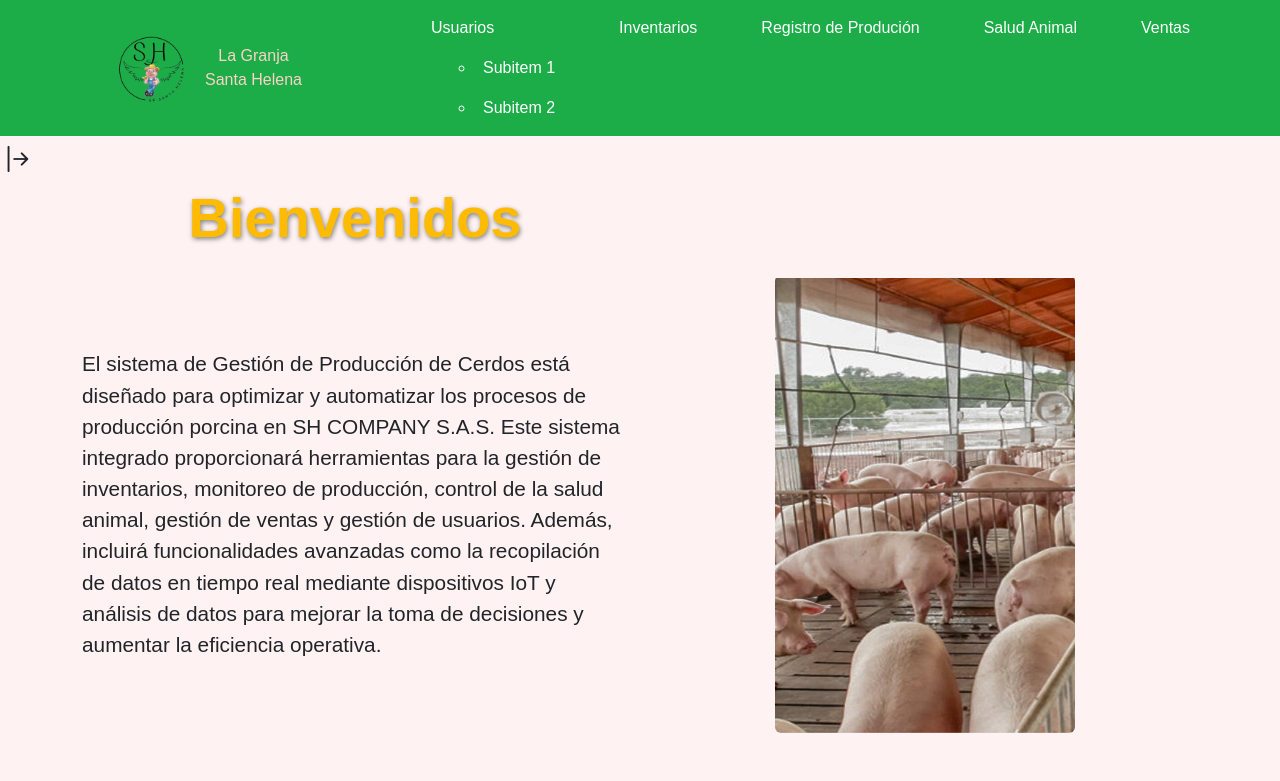
Repository: Mateojimenezz/Granja-Santa-Helena
Page: paginaDeInicio.html
These files come from the project's save history. The page is drawn as it stood at one moment and after a run of saves; the edit follows.
The browser window is 1280 px wide. The pictures show the whole page.
Some web fonts or font styles are not loaded; a fallback is used.

Above is the page before, as saved 2025-03-31 16:23:34.

After the next 2 saves:
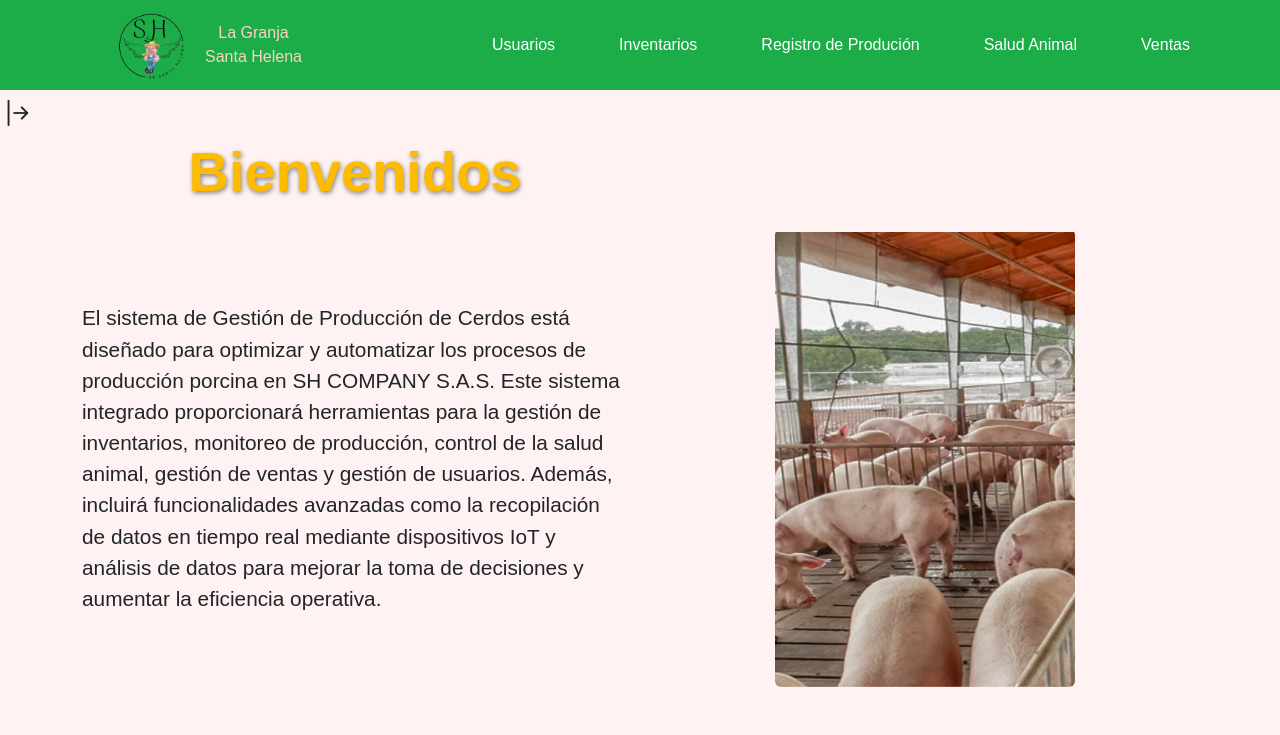
The 2 saves are shown as one change because they came seconds apart.
The last was saved 5 min 37 s later.
--- a/assets/js/submenu.js
+++ b/assets/js/submenu.js
@@ -1,39 +1,53 @@
 document.addEventListener("DOMContentLoaded", function () {
-  const menuItems = document.querySelectorAll(".nav-item"); // Ítems principales del menú
+    const menuItems = document.querySelectorAll(".nav-item"); // Ítems principales del menú superior
+    const sidebarMenu = document.getElementById("sisidebarMenu"); // Contenedor del menú lateral
 
-  function isLargeScreen() {
-    return window.innerWidth >= 768; // Pantallas grandes
-  }
+    function isLargeScreen() {
+      return window.innerWidth >= 768; // Define pantallas grandes
+    }
 
-  // Funcionalidad para mostrar los submenús según la pantalla
-  menuItems.forEach(item => {
-    const submenu = item.querySelector(".submenu");
+    // Función para mover submenús al menú lateral
+    function moveSubmenusToSidebar() {
+      sidebarMenu.innerHTML = ""; // Limpia el contenido actual del menú lateral
 
-    if (submenu) {
-      if (isLargeScreen()) {
-        // Mostrar automáticamente los submenús en pantallas grandes
-        submenu.style.display = "block"; // Submenús visibles en el lateral
-      } else {
-        // Pantallas pequeñas: Mostrar submenús al hacer clic
-        item.addEventListener("click", () => {
-          item.classList.toggle("active"); // Alternar clase activa
-          submenu.style.display = submenu.style.display === "block" ? "none" : "block";
-        });
-      }
+      menuItems.forEach(item => {
+        const submenu = item.querySelector(".submenu");
+        const link = item.querySelector(".nav-link");
+
+        if (submenu) {
+          if (isLargeScreen()) {
+            // Crear un ítem nuevo para el menú lateral con el submenú
+            const sidebarItem = document.createElement("li");
+            sidebarItem.classList.add("nav-item");
+
+            // Clonar el enlace principal
+            const clonedLink = link.cloneNode(true);
+            sidebarItem.appendChild(clonedLink);
+
+            // Clonar el submenú y añadirlo al ítem del menú lateral
+            const clonedSubmenu = submenu.cloneNode(true);
+            sidebarItem.appendChild(clonedSubmenu);
+
+            // Añadir el ítem con el submenú al menú lateral
+            sidebarMenu.appendChild(sidebarItem);
+
+            // Ocultar el submenú en el menú superior
+            submenu.style.display = "none";
+          } else {
+            // Restaurar el submenú al menú superior para pantallas pequeñas
+            submenu.style.display = "none"; // Ocultar inicialmente
+            item.addEventListener("click", () => {
+              item.classList.toggle("active");
+              submenu.style.display = submenu.style.display === "block" ? "none" : "block";
+            });
+          }
+        }
+      });
     }
+
+    // Ejecutar la lógica inicial
+    moveSubmenusToSidebar();
+
+    // Ajustar dinámicamente al cambiar el tamaño de la pantalla
+    window.addEventListener("resize", moveSubmenusToSidebar);
   });
-
-  // Redimensionar: Ajustar los estilos al cambiar el tamaño de la ventana
-  window.addEventListener("resize", function () {
-    menuItems.forEach(item => {
-      const submenu = item.querySelector(".submenu");
-      if (submenu) {
-        if (isLargeScreen()) {
-          submenu.style.display = "block"; // Pantalla grande: Siempre visible
-        } else {
-          submenu.style.display = "none"; // Pantalla pequeña: Ocultar por defecto
-        }
-      }
-    });
-  });
-});

After the 5 saves that followed:
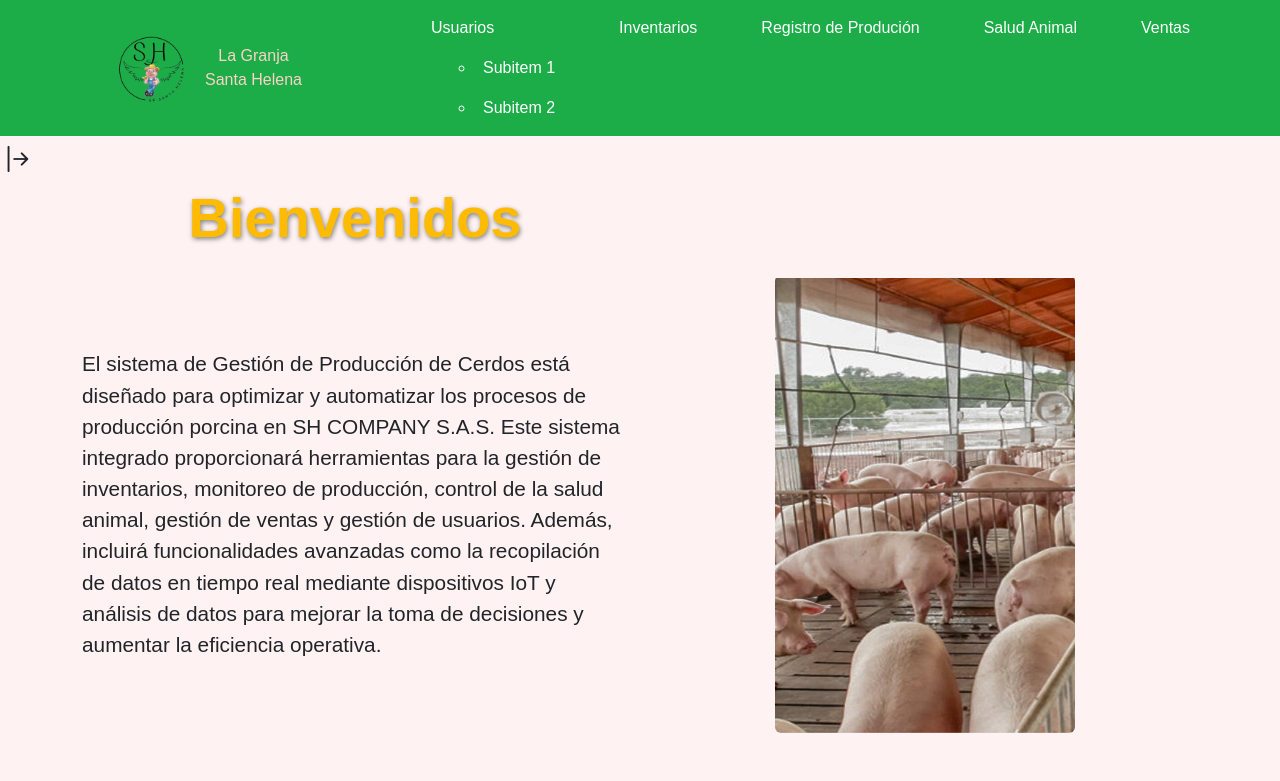
The 5 saves are shown as one change because 1 left the picture as it was and some came seconds apart.
The last was saved 109 s later.
--- a/assets/css/paginaDeInicio.css
+++ b/assets/css/paginaDeInicio.css
@@ -35,10 +35,30 @@
   font-size: 1.3em;
   font-family: Arial;
 }
-/* Ocultar los submenús inicialmente */
-.submenu {
+/* Submenú dentro del menú lateral */
+#sisidebarMenu .submenu {
+  margin-left: 20px; /* Ajustar margen */
+  list-style: none; /* Eliminar viñetas */
+}
+
+/* Ocultar los submenús en el encabezado */
+.nav-item .submenu {
   display: none;
 }
+
+.nav-item.active .submenu {
+  display: block; /* Mostrar submenús al hacer clic en pantallas pequeñas */
+}
+
+/* Animación para mostrar el menú lateral */
+#sidebar {
+  transition: all 0.3s ease;
+}
+
+#sidebar.open {
+  display: block;
+}
+
 
 @media (max-width: 991px) { /* Para pantallas menores a md */
   #sidebar {
--- a/assets/js/submenu.js
+++ b/assets/js/submenu.js
@@ -1,53 +1,39 @@
 document.addEventListener("DOMContentLoaded", function () {
-    const menuItems = document.querySelectorAll(".nav-item"); // Ítems principales del menú superior
-    const sidebarMenu = document.getElementById("sisidebarMenu"); // Contenedor del menú lateral
+  const menuItems = document.querySelectorAll(".nav-item"); // Ítems principales del menú
 
-    function isLargeScreen() {
-      return window.innerWidth >= 768; // Define pantallas grandes
+  function isLargeScreen() {
+    return window.innerWidth >= 768; // Pantallas grandes
+  }
+
+  // Funcionalidad para mostrar los submenús según la pantalla
+  menuItems.forEach(item => {
+    const submenu = item.querySelector(".submenu");
+
+    if (submenu) {
+      if (isLargeScreen()) {
+        // Mostrar automáticamente los submenús en pantallas grandes
+        submenu.style.display = "block"; // Submenús visibles en el lateral
+      } else {
+        // Pantallas pequeñas: Mostrar submenús al hacer clic
+        item.addEventListener("click", () => {
+          item.classList.toggle("active"); // Alternar clase activa
+          submenu.style.display = submenu.style.display === "block" ? "none" : "block";
+        });
+      }
     }
+  });
 
-    // Función para mover submenús al menú lateral
-    function moveSubmenusToSidebar() {
-      sidebarMenu.innerHTML = ""; // Limpia el contenido actual del menú lateral
-
-      menuItems.forEach(item => {
-        const submenu = item.querySelector(".submenu");
-        const link = item.querySelector(".nav-link");
-
-        if (submenu) {
-          if (isLargeScreen()) {
-            // Crear un ítem nuevo para el menú lateral con el submenú
-            const sidebarItem = document.createElement("li");
-            sidebarItem.classList.add("nav-item");
-
-            // Clonar el enlace principal
-            const clonedLink = link.cloneNode(true);
-            sidebarItem.appendChild(clonedLink);
-
-            // Clonar el submenú y añadirlo al ítem del menú lateral
-            const clonedSubmenu = submenu.cloneNode(true);
-            sidebarItem.appendChild(clonedSubmenu);
-
-            // Añadir el ítem con el submenú al menú lateral
-            sidebarMenu.appendChild(sidebarItem);
-
-            // Ocultar el submenú en el menú superior
-            submenu.style.display = "none";
-          } else {
-            // Restaurar el submenú al menú superior para pantallas pequeñas
-            submenu.style.display = "none"; // Ocultar inicialmente
-            item.addEventListener("click", () => {
-              item.classList.toggle("active");
-              submenu.style.display = submenu.style.display === "block" ? "none" : "block";
-            });
-          }
+  // Redimensionar: Ajustar los estilos al cambiar el tamaño de la ventana
+  window.addEventListener("resize", function () {
+    menuItems.forEach(item => {
+      const submenu = item.querySelector(".submenu");
+      if (submenu) {
+        if (isLargeScreen()) {
+          submenu.style.display = "block"; // Pantalla grande: Siempre visible
+        } else {
+          submenu.style.display = "none"; // Pantalla pequeña: Ocultar por defecto
         }
-      });
-    }
-
-    // Ejecutar la lógica inicial
-    moveSubmenusToSidebar();
-
-    // Ajustar dinámicamente al cambiar el tamaño de la pantalla
-    window.addEventListener("resize", moveSubmenusToSidebar);
+      }
+    });
   });
+});
